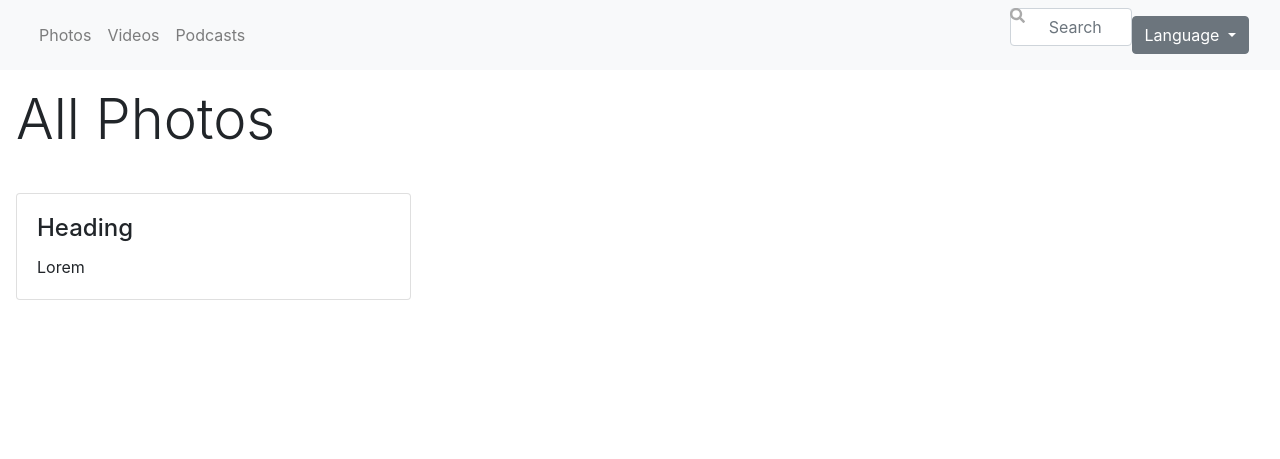
Repository: AlisaSkryp/photoblog
Page: index.html
These files come from the project's save history. The page is drawn as it stood at one moment and after a run of saves; the edit follows.
The browser window is 1280 px wide. The pictures show the whole page.
Some web libraries are served in a nearby version.

Above is the page before, as saved 2023-04-09 20:21:01.

### index.html
<!DOCTYPE html>
<html lang="en">
<head>
	<meta charset="utf-8">
	<meta name="viewport" content="width=device-width, initial-scale=1">
	<title>Complete Bootstrap 4 Website Layout</title>
	<link rel="stylesheet" href="https://maxcdn.bootstrapcdn.com/bootstrap/4.0.0/css/bootstrap.min.css">
	<script src="https://ajax.googleapis.com/ajax/libs/jquery/3.3.1/jquery.min.js"></script>
	<script src="https://cdnjs.cloudflare.com/ajax/libs/popper.js/1.12.9/umd/popper.min.js"></script>
	<script src="https://maxcdn.bootstrapcdn.com/bootstrap/4.0.0/js/bootstrap.min.js"></script>
	<script src="https://use.fontawesome.com/releases/v5.0.8/js/all.js"></script>
	<link href="style.css" rel="stylesheet">
</head>
<body>

<!-- Navigation -->
<nav class="navbar navbar-expand-md navbar-light bg-light sticky-top">
 <div class="container-fluid">
  <button class="navbar-toggler" type="button" data-toggle="collapse" data-target="#navbarResponsive">
		<span class="navbar-toggler-icon"></span>
	</button>
	<div class="collapse navbar-collapse" id="navbarResponsive">
		<ul class="navbar-nav">
			<li class="nav-item">
			  <a class="nav-link" href="#">Photos</a>
			</li>
			<li class="nav-item">
			  <a class="nav-link" href="#">Videos</a>
			</li>
			<li class="nav-item">
			  <a class="nav-link" href="#">Podcasts</a>
			</li>
		</ul>
	</div>
	<div class="search-container">
	 <div class="form-group has-search">
    <span class="fa fa-search form-control-feedback"></span>
    <input type="text" class="form-control" placeholder="Search">
   </div>
	</div>
	<div class="dropdown">
		<button class="btn btn-secondary dropdown-toggle" type="button" id="dropdownMenuButton" data-toggle="dropdown" aria-haspopup="true" aria-expanded="false">
			Language
		</button>
		<div class="dropdown-menu" aria-labelledby="dropdownMenuButton">
			<a class="dropdown-item" href="#">English</a>
			<a class="dropdown-item" href="#">Spanish</a>
			<a class="dropdown-item" href="#">French</a>
		</div>
	</div>

 </div>
</nav>

<!--- Image Slider -->


<!--- Jumbotron -->


<!--- Welcome Section -->


<!--- Three Column Section -->


<!--- Two Column Section -->


<!--- Fixed background -->


<!--- Emoji Section -->


<!--- Meet the team -->
<div class="container-fluid padding">
	<div class="row welcome text-left">
		<div class="col-12">
			<h1 class="display-4">All Photos</h1>
		</div>
	</div>
</div>

<!--- Cards -->
<div class="container-fluid padding">
	<div class="row padding">
		<div class="col-md-4">
			<div class="card">
				<img class="card-img-top" src="">
				<div class="card-body">
					<h4 class="card-title">Heading</h4>
					<p class="card-text">Lorem</p>
				</div>
			</div>
		</div>
	</div>
</div>

<!--- Two Column Section -->


<!--- Connect -->


<!--- Footer -->




</body>
</html>

### style.css
@import url('https://fonts.googleapis.com/css?family=Poppins:400,500,700');











/*---Media Queries --*/
@media (max-width: 992px) {

  }
@media (max-width: 768px) {

}
@media (max-width: 576px) {

}

.search-container {
	width: 10%;
	margin: 0px auto;
}
.has-search .form-control {
	padding-left: 2.375rem;
}

.has-search .form-control-feedback {
	position: absolute;
	z-index: 2;
	display: block;
	width: 15px;
	height: 15px;
	line-height: 15px;
	text-align: center;
	pointer-events: none;
	color: #aaa;
}
/*---Firefox Bug Fix --*/
.carousel-item {
  transition: -webkit-transform 0.5s ease;
  transition: transform 0.5s ease;
  transition: transform 0.5s ease, -webkit-transform 0.5s ease;
  -webkit-backface-visibility: visible;
  backface-visibility: visible;
}
/*--- Fixed Background Image --*/
figure {
  position: relative;
  width: 100%;
  height: 60%;
  margin: 0!important;
}
.fixed-wrap {
  clip: rect(0, auto, auto, 0);
  position: absolute;
  top: 0;
  left: 0;
  width: 100%;
  height: 100%;
}
#fixed {
  background-image: url('img/mac.png');
  position: fixed;
  display: block;
  top: 0;
  left: 0;
  width: 100%;
  height: 100%;
  background-size: cover;
  background-position: center center;
  -webkit-transform: translateZ(0);
          transform: translateZ(0);
  will-change: transform;
}
/*--- Bootstrap Padding Fix --*/
[class*="col-"] {
    padding: 1rem;
}





/*
Extra small (xs) devices (portrait phones, less than 576px)
No media query since this is the default in Bootstrap

Small (sm) devices (landscape phones, 576px and up)
@media (min-width: 576px) { ... }

Medium (md) devices (tablets, 768px and up)
@media (min-width: 768px) { ... }

Large (lg) devices (desktops, 992px and up)
@media (min-width: 992px) { ... }

Extra (xl) large devices (large desktops, 1200px and up)
@media (min-width: 1200px) { ... }
*/

After the next 7 saves:
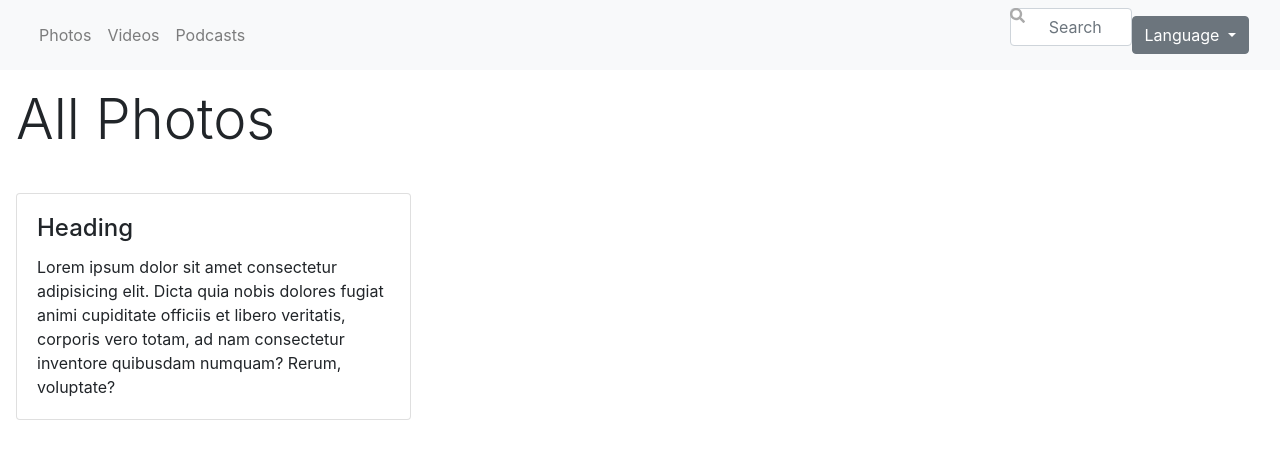
The 7 saves are shown as one change because they came seconds apart.
The last was saved 14 s later.
--- a/index.html
+++ b/index.html
@@ -90,7 +90,7 @@
 				<img class="card-img-top" src="">
 				<div class="card-body">
 					<h4 class="card-title">Heading</h4>
-					<p class="card-text">Lorem</p>
+					<p class="card-text">Lorem ipsum dolor sit amet consectetur adipisicing elit. Dicta quia nobis dolores fugiat animi cupiditate officiis et libero veritatis, corporis vero totam, ad nam consectetur inventore quibusdam numquam? Rerum, voluptate?</p>
 				</div>
 			</div>
 		</div>
